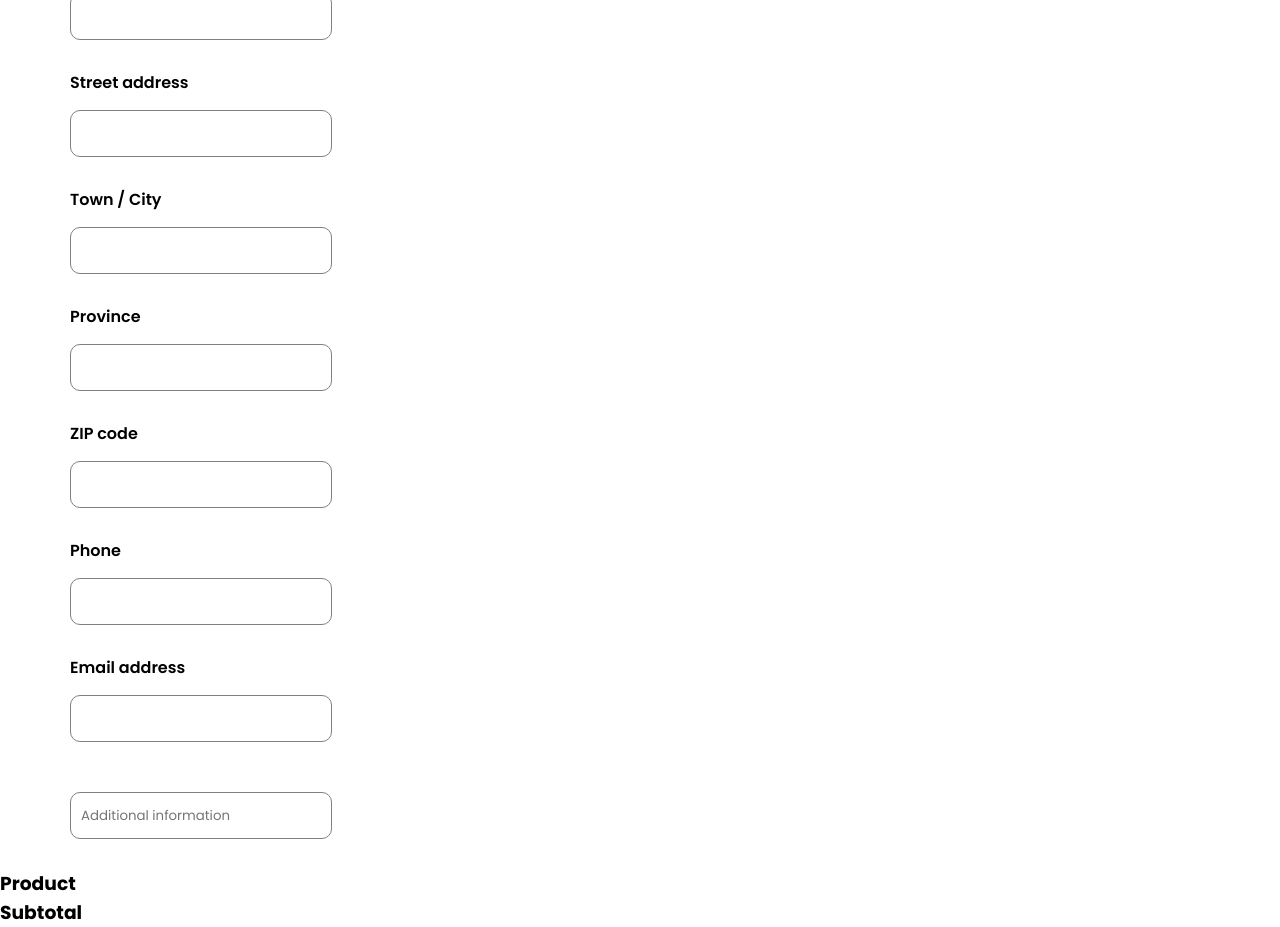
Repository: DT2301/project
Page: checkout.html
An editor plug-in stored every save of this project. The page is shown before and after the next save, followed by the edit.
The browser window is 1280 px wide. The pictures show the part of the page from y = 752 to 1704 px (the page is 1679 px tall before and 1704 px after).
A picture or video elsewhere on the page could not be fetched, so the positions and the page height are approximate.

Above is the page before, as saved 2024-01-08 09:54:29.

### checkout.html
<!DOCTYPE html>
<html lang="en">

<head>
    <meta charset="UTF-8">
    <meta name="viewport" content="width=device-width, initial-scale=1.0">
    <title>Document</title>
    <link rel="preconnect" href="https://fonts.googleapis.com">
    <link rel="preconnect" href="https://fonts.gstatic.com" crossorigin>
    <link
        href="https://fonts.googleapis.com/css2?family=Poppins:ital,wght@0,400;0,500;0,600;0,700;1,400;1,600;1,700&display=swap"
        rel="stylesheet">
    <link rel="stylesheet" href="checkout.css">
</head>

<body>
    <header>
        <div class="sidebar">
            <div class="logo">
                <a href=""> <img srcset="./image/logox2.png 2x" alt=""></a>
            </div>
            <ul class="sidebar__menu--center">
                <li class="menu menu--home">
                    <a href="#">Home</a>
                </li>
                <li class="menu menu--shop">
                    <a href="#">Shop</a>
                </li>
                <li class="menu menu--about">
                    <a href="#">About</a>
                </li>
                <li class="menu menu--contact">
                    <a href="#">Contact</a>
                </li>
            </ul>
            <ul class="sidebar__menu--icon">
                <li class="menu menu--user">
                    <a href="#">
                        <span>
                            <ion-icon name="person-outline"></ion-icon>
                        </span>
                    </a>
                </li>
                <li class="menu menu--search">
                    <a href="#">
                        <span>
                            <ion-icon name="search-outline"></ion-icon>
                        </span>
                    </a>
                </li>
                <li class="menu menu--heart">
                    <a href="#">
                        <span>
                            <ion-icon name="heart-outline"></ion-icon>
                        </span>
                    </a>
                </li>
                <li class="menu menu--cart">
                    <a href="#">
                        <span>
                            <ion-icon name="cart-outline"></ion-icon>
                        </span>
                    </a>
                </li>
            </ul>
        </div>
        <div class="background_cart">
            <div class="cart_infor">
                <img srcset="./image/logoFontx2.png 2x" alt="">
                <h3>Checkout</h3>
                <div>
                    <span>Home</span>
                    <ion-icon name="chevron-forward-outline"></ion-icon>
                    <span>checkout</span>
                </div>
            </div>
        </div>
    </header>

    <main>
        <div class="billingdetail">
            <h2>Billing details</h2>
            <div class="input input_name">
                <div>
                    <label>First Name</label>
                    <input type="text">
                </div>
                <div>
                    <label>Last Name</label>
                    <input type="text">
                </div>
            </div>
            <div class="input ">
                <label>Company Name (Optional)</label>
                <input type="text">
            </div>
            <div class="input ">
                <label>Country / Region</label>
                <input type="text">
            </div>
            <div class="input ">
                <label>Street address</label>
                <input type="text">
            </div>
            <div class="input ">
                <label>Town / City</label>
                <input type="text">
            </div>
            <div class="input ">
                <label>Province</label>
                <input type="text">
            </div>
            <div class="input ">
                <label>ZIP code</label>
                <input type="number">
            </div>
            <div class="input ">
                <label>Phone</label>
                <input type="number">
            </div>
            <div class="input ">
                <label>Email address</label>
                <input type="email">
            </div>
            <div class="input ">
                <input type="text" placeholder="Additional information">
            </div>
        </div>

        <div class="checkout">
            <div class="placeorder">
                <div class="product_checkout">
                    <h3>Product</h3>
                </div>
                <div class="subtotal_checkout">
                    <h3>Subtotal</h3>
                </div>
            </div>
            <div></div>
        </div>
    </main>
</body>

</html>

### checkout.css
* {
  padding: 0;
  margin: 0;
  font-family: "Poppins", sans-serif;
  color: black;
}

a,
ul {
  list-style: none;
  text-decoration: none;
}

.sidebar {
  display: flex;
  flex-direction: row;
  justify-content: center;
  align-items: center;
  background-color: white;
  width: 100%;
  height: 100px;
}

.logo {
  position: absolute;
  left: 50px;
}

.sidebar__menu--center {
  width: 30%;
  display: flex;
  justify-content: space-between;
  font-size: 16px;
  font-weight: 500;
  line-height: 24px;
}

.sidebar__menu--icon {
  display: flex;
  width: 15%;
  position: absolute;
  justify-content: space-between;
  right: 70px;
  font-size: 25px;
}

.background_cart {
  background-image: url(./image/background_cart.png);
  width: 100%;
  height: 18rem;
  background-size: cover;
}

.cart_infor img {
  width: 77px;
  height: 77px;
}

.cart_infor {
  display: flex;
  flex-direction: column;
  justify-content: center;
  align-items: center;
  padding-top: 50px;
}

.cart_infor h3 {
  margin-top: -20px;
  font-size: 48px;
  font-weight: 600;
  line-height: 72px;
  text-align: left;
}

.cart_infor div {
  display: flex;
  flex-direction: row;
  align-items: center;
}

.cart_infor ion-icon {
  margin-right: 10px;
  margin-left: 10px;
}

.cart_infor span {
  font-size: 16px;
  font-weight: 600;
  line-height: 24px;
  text-align: left;
}

.cart_infor span:last-child {
  font-weight: 500;
}

.billingdetail {
  display: flex;
  flex-direction: column;
  width: 610px;
  margin-left: 70px;
}

.billingdetail h2 {
  font-size: 36px;
  font-weight: 600;
  line-height: 54px;
  text-align: left;
  margin-bottom: 30px;
}

.billingdetail label {
  font-size: 16px;
  font-weight: 600;
  line-height: 24px;
  text-align: left;
  color: #000000;
}

.billingdetail .input_name {
  display: flex;
  flex-direction: row;
}

.billingdetail .input_name div {
  display: flex;
  flex-direction: column;
  margin-right: 30px;
}

.billingdetail .input_name div > input {
  height: 45px;
  border-radius: 10px;
  border: 1px solid grey;
  margin-top: 15px;
}

.billingdetail .input:not(:first-child) > input {
  width: 250px;
  height: 45px;
  border-radius: 10px;
  border: 1px solid grey;
  display: flex;
  margin-top: 15px;
  flex-direction: column;
}

.billingdetail > .input {
  margin-bottom: 30px;
}

.billingdetail .input:last-child > input {
    margin-top: 20px;
}

.billingdetail  input {
    padding-left: 10px;
}

After the next save:
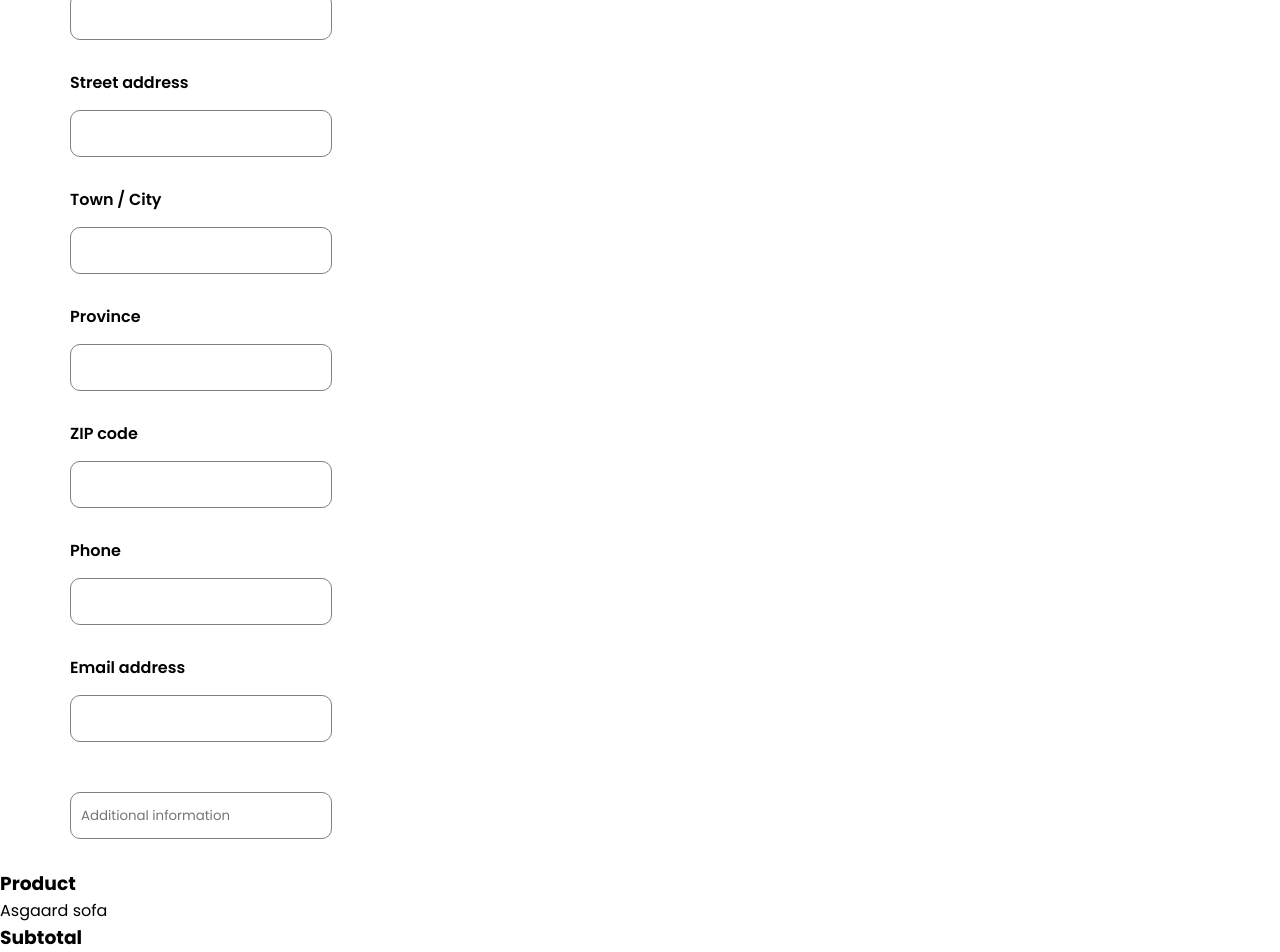
Saved 22 s later.
--- a/checkout.html
+++ b/checkout.html
@@ -131,6 +131,7 @@
             <div class="placeorder">
                 <div class="product_checkout">
                     <h3>Product</h3>
+                    <span>Asgaard sofa</span>
                 </div>
                 <div class="subtotal_checkout">
                     <h3>Subtotal</h3>
